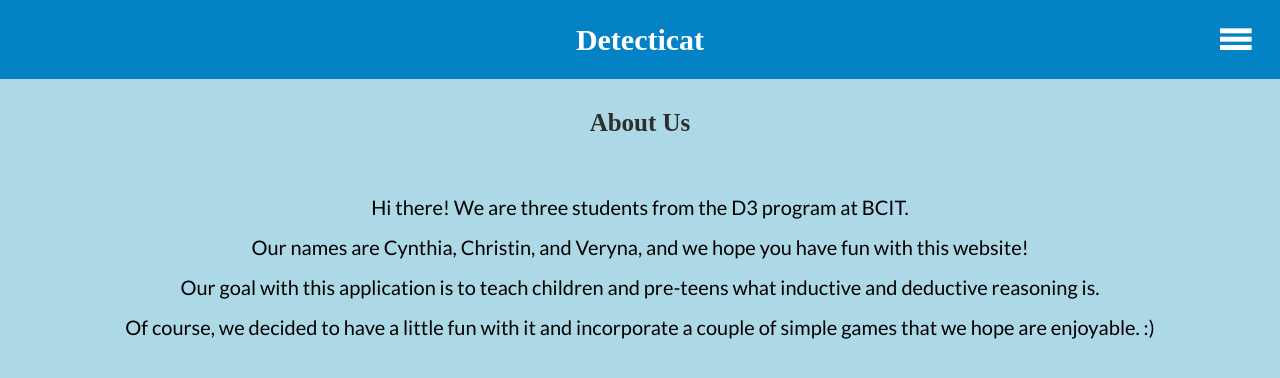
Repository: cynthiahcheng/Detecticat
Page: about page/about-us.html
An editor plug-in stored every save of this project. The page is shown before and after the next save, followed by the edit.
The browser window is 1280 px wide. The pictures show the whole page.

Above is the page before, as saved 2020-03-14 21:51:30.

### about page/about-us.html
<!DOCTYPE html>
<html lang="en">

<head>
    <meta charset="UTF-8">
    <meta name="viewport" content="width=device-width, initial-scale=1.0">
    <link href="https://fonts.googleapis.com/icon?family=Material+Icons" rel="stylesheet">
    <link href="https://fonts.googleapis.com/css?family=Lato&display=swap" rel="stylesheet">
    <link rel="stylesheet" href="about-us.css" type="text/css" />
    <title>Detecticat</title>
</head>

<body>
    <div class="header">
        <div class="header_title">Detecticat</div>
        <i class="material-icons" onclick="menuOpen()">menu</i>
    </div>

    <div class="nav">
        <div class="nav_close" onclick="menuClose()">
            <img class="close" src="../svg/close.svg">
        </div>
        <div class="nav_sub">
            <div class="nav_items">Home</div>
            <div class="nav_items">About</div>
            <div class="nav_items">Game</div>
            <div class="nav_items">Contact Us</div>
        </div>
    </div>

    <div id="app">
        <div class="info">
            <div class="subhead">About Us</div>
            <div class="description">
                <P> Hi there! We are three students from the D3 program at BCIT. <br>
                    Our names are Cynthia, Christin, and Veryna, and we hope you have fun with this website! <br>
                    Our goal with this application is to teach children and pre-teens what inductive and deductive reasoning is. <br>
                Of course, we decided to have a little fun with it and incorporate a couple of simple games that we hope are enjoyable. :)
             </P>
            </div>



        </div>

        <script src="about-us.js"></script>
</body>

</html>

### about page/about-us.css

body, html {
    margin:0;
    padding:0;
    background-color:lightblue;
}

.header {
    display:flex;
    justify-content: center;
    align-items: center;
    background-color: #0382C6;
    height:11vh;
}

.header_title {
    font-size:30px;
    font-family:Futura;
    font-weight:bold;
    color:white;
    position: relative;
    align-items: center;
}

.material-icons {
    font-weight:bold;
    font-size:40px;
    color:white;
    position: absolute;
    padding:10px;
    right:15px;
    cursor:pointer;
}

.nav {
    position:absolute;
    right:0;
    opacity:0;
    background-color: #0382C6;
    transition: opacity 0.1s;
}

.nav_close {
    border: 2.5px solid #073F9A;
    border-radius: 7px;
    position:absolute;
    right: 25px;
    width:20px;
    height:20px;
    padding:3px;
    cursor:pointer;
}

.nav_close_btn {
    width:23px;
    height:23px;
    margin-top:3.5px;
    margin-left:3.5px;
}

.nav_sub {
    font-size:20px;
    font-family:futura;
    font-weight:600;
    line-height:1.5;
    color:white;
    margin-top:40px;
    padding:15px 50px 15px 18px;
    cursor:pointer;
}

/* #app {
    background-color:lightblue;
} */
.info {
    display:flex;
    flex-direction:column;
    align-items: center;
}

.subhead {
    font-size:25px;
    font-family:futura;
    color:rgb(46, 46, 46);
    font-weight:600;
    padding-top:30px;
}

.description {
    font-size:20px;
    padding-top:30px;
    line-height: 2em;
    font-family: 'Lato', sans-serif;
    text-align: center;
}

### about page/about-us.js
var close_State = true;

function menuOpen(){
    document.querySelector(".nav").style.opacity = 100;
}

function menuClose(){
    document.querySelector(".nav").style.opacity = 0;
}

After the next save:
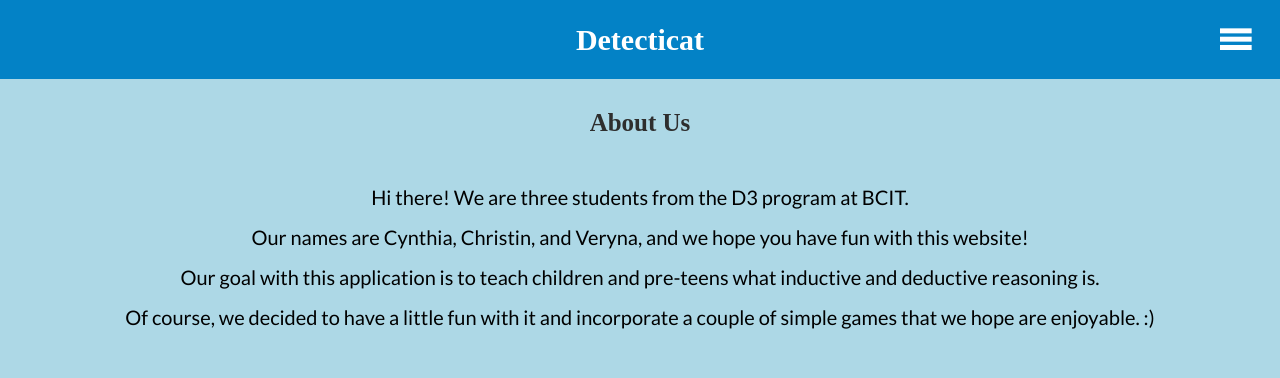
Saved 119 s later.
--- a/about page/about-us.css
+++ b/about page/about-us.css
@@ -88,7 +88,7 @@ body, html {
 
 .description {
     font-size:20px;
-    padding-top:30px;
+    padding-top:20px;
     line-height: 2em;
     font-family: 'Lato', sans-serif;
     text-align: center;

After the save that followed:
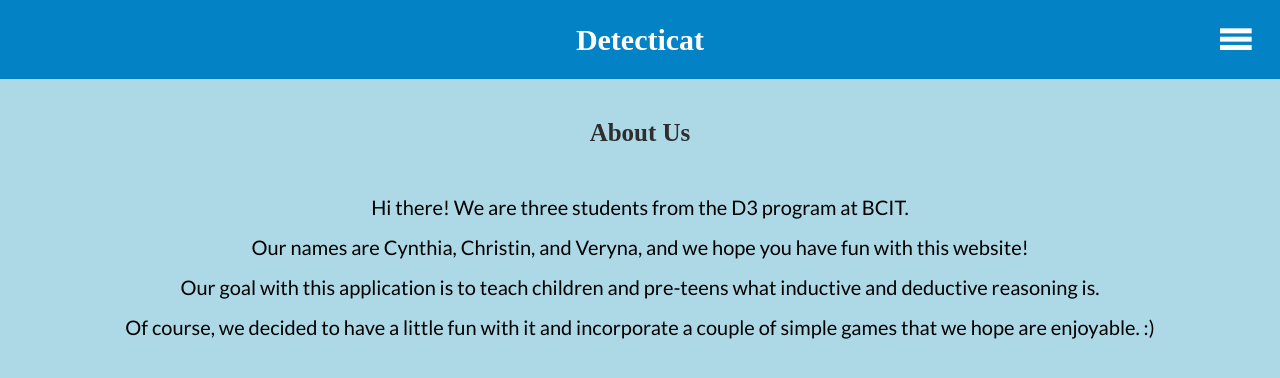
Saved 6 s later.
--- a/about page/about-us.css
+++ b/about page/about-us.css
@@ -83,7 +83,7 @@ body, html {
     font-family:futura;
     color:rgb(46, 46, 46);
     font-weight:600;
-    padding-top:30px;
+    padding-top:40px;
 }
 
 .description {
